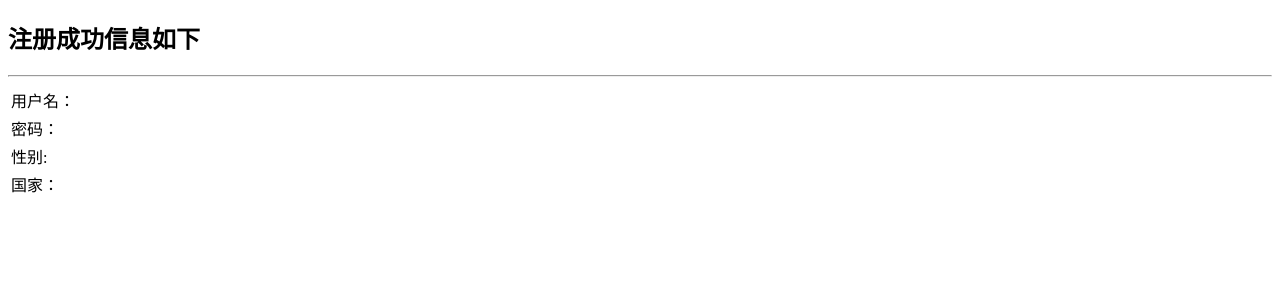
Repository: Lansefanggezi/JavaWeb
Page: http://localhost/HelloServlet/success.jsp
The author's editor kept a copy of each file at every save. The page is drawn from the files as they stood at one save, then again after the next save.
The browser window is 1280 px wide. The pictures show the whole page.
The page is served by Tomcat 9. Other server files are loaded and not shown.

Above is the page before, as saved 2018-03-30 03:46:41.

### HelloServlet/WebContent/success.jsp
<%@ page language="java" contentType="text/html; charset=gb2312"
    pageEncoding="gb2312"%>
<!DOCTYPE html PUBLIC "-//W3C//DTD HTML 4.01 Transitional//EN" "http://www.w3.org/TR/html4/loose.dtd">
<html>
<head>
<meta http-equiv="Content-Type" content="text/html; charset=gb2312">
<title>注册成功</title>
</head>
<body>
<h2>注册成功信息如下</h2>
<hr>
<table>
<tr>
<td>用户名：</td>
<td>${userInfo.userName}</td>
</tr>
<tr>
<td>密码：</td>
<td>${userInfo.passwold}</td>
</tr>
<tr>
<td>性别:</td>
<td>${userInfo.sex}</td>
</tr>
<tr>
<td>国家：</td>
<td>${userInfo.country}</td>
</tr>
</table>
</body>
</html>

After the next save:
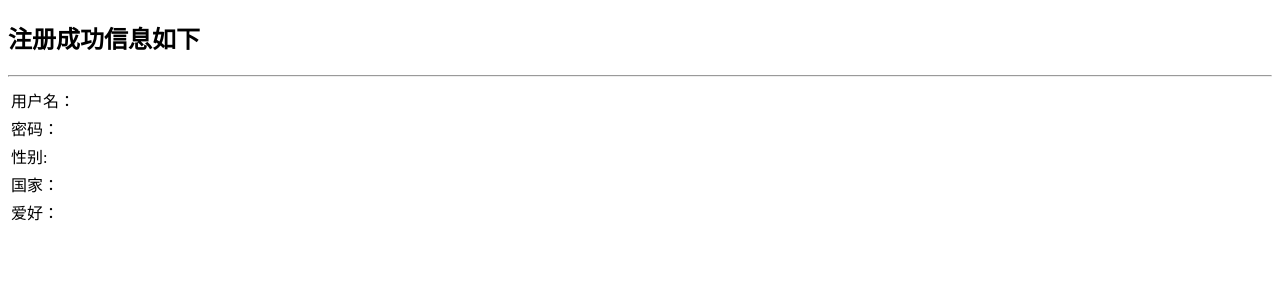
Saved 100 s later.
--- a/HelloServlet/WebContent/success.jsp
+++ b/HelloServlet/WebContent/success.jsp
@@ -26,6 +26,9 @@
 <td>国家：</td>
 <td>${userInfo.country}</td>
 </tr>
+<tr>
+<td>爱好：</td>
+</tr>
 </table>
 </body>
 </html>
